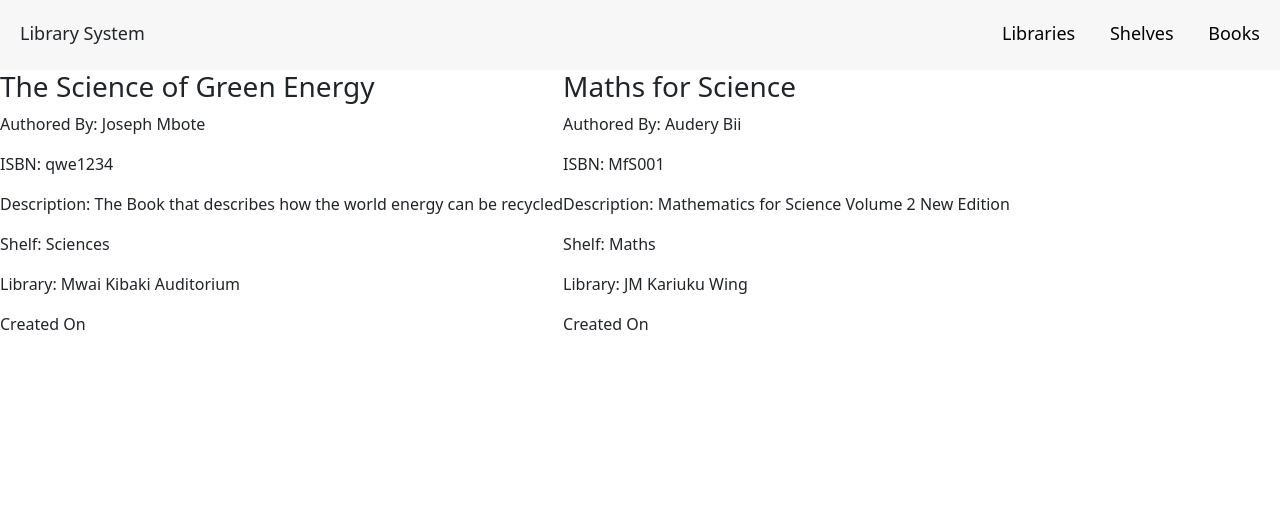
Repository: Mbote-Joseph/Library-Shelves-Books-Managements
Page: http://localhost/book
An editor plug-in stored every save of this project. The page is shown before and after the next save, followed by the edit.
The browser window is 1280 px wide. The pictures show the whole page.
The page is served by the project's application, run on Django 5.2 (manage.py). Other server files are loaded and not shown. The page reads the database file committed with the project.

Above is the page before, as saved 2025-12-30 19:40:45.

### books/templates/books/book_view.html
{% extends "base.html" %}

{% block title %}
    Books List
{% endblock %}


{% block content %}
    <div class="cards">
    {% for book in books %}
        <div class="book">
            <h3> {{book.title}} </h3>
            <p> Authored By:  {{book.author}} </p>
            <p> ISBN:  {{book.isbn}} </p>
            <p> Description:  {{book.description}} </p>
            <p> Shelf:  {{book.shelf.label}} </p>
            <p> Library: {{book.shelf.library.name}} </p>
            <p> Created On {{shelf.created_on}} </p>
        </div>
    {% endfor %}
    </div>
{% endblock %}

### static/templates/base.html
{% load static %}
<!doctype html>
<html lang="en">
  <head>
    <meta charset="utf-8">
    <meta name="viewport" content="width=device-width, initial-scale=1">
    <title>
        {% block title %}

        {% endblock %}
    </title>
    <link href="https://cdn.jsdelivr.net/npm/bootstrap@5.3.8/dist/css/bootstrap.min.css" rel="stylesheet" integrity="sha384-sRIl4kxILFvY47J16cr9ZwB07vP4J8+LH7qKQnuqkuIAvNWLzeN8tE5YBujZqJLB" crossorigin="anonymous">
    <link rel="stylesheet" type='text/css' href="{% static 'css/styles.css' %}">
  </head>
  <body>
    <nav class="nav">
      <span> Library System </span>
      <span>
        <ul>
          <a href="{% url 'libraries' %}"> Libraries </a>
          <a href="{% url 'shelves' %}"> Shelves </a>
          <a href="{% url 'books' %}"> Books </a>
        </ul>
      </span>

    </nav>

    {% block content %}

    {% endblock %}


    <script src="https://cdn.jsdelivr.net/npm/bootstrap@5.3.8/dist/js/bootstrap.bundle.min.js" integrity="sha384-FKyoEForCGlyvwx9Hj09JcYn3nv7wiPVlz7YYwJrWVcXK/BmnVDxM+D2scQbITxI" crossorigin="anonymous"></script>
  </body>
</html>

### books/models.py
from django.db import models

# Create your models here.
class Library(models.Model):
    name = models.CharField(max_length=50)
    students_capacity = models.IntegerField()
    location = models.CharField(max_length=100)
    created_on = models.DateTimeField(auto_now_add=True)

    def __str__(self):
        return f"{self.name} - {self.location}"

class Shelf(models.Model):
    label = models.CharField(max_length=50)
    books_capacity = models.CharField()
    library = models.ForeignKey(Library, on_delete=models.CASCADE)
    created_on = models.DateTimeField(auto_now_add=True)

    def __str__(self):
        return f"{self.label} On {self.library} Library"

class Book(models.Model):
    title = models.CharField(max_length=100)
    author = models.CharField(max_length=100)
    isbn = models.CharField(max_length=10)
    description = models.TextField()
    is_published = models.BooleanField(default=False)
    is_new = models.BooleanField(default=False)
    shelf = models.ForeignKey(Shelf, on_delete=models.CASCADE)

    def __str__(self):
        return f"{self.title} By {self.author}"

### books/views.py
from django.shortcuts import render
from django.views.generic import ListView, DetailView

from .models import Library, Shelf, Book

# Create your views here.
class LibraryListView(ListView):
    model = Library
    context_object_name = "libraries"
    queryset = Library.objects.all()
    template_name = 'books/library_view.html'

class ShelfListView(ListView):
    model = Shelf
    context_object_name = "shelves"
    queryset = Shelf.objects.all()
    template_name = 'books/shelf_view.html'


class BookListView(ListView):
    model = Book
    context_object_name = "books"
    queryset = Book.objects.all()
    template_name = 'books/book_view.html'

class LibraryDetailView(DetailView):
    model = Library
    context_object_name = 'library'
    template_name = "books/library_detailview.html"

### learn/urls.py
"""
URL configuration for learn project.

The `urlpatterns` list routes URLs to views. For more information please see:
    https://docs.djangoproject.com/en/6.0/topics/http/urls/
Examples:
Function views
    1. Add an import:  from my_app import views
    2. Add a URL to urlpatterns:  path('', views.home, name='home')
Class-based views
    1. Add an import:  from other_app.views import Home
    2. Add a URL to urlpatterns:  path('', Home.as_view(), name='home')
Including another URLconf
    1. Import the include() function: from django.urls import include, path
    2. Add a URL to urlpatterns:  path('blog/', include('blog.urls'))
"""
from django.contrib import admin
from django.urls import path, include

urlpatterns = [
    path('admin/', admin.site.urls),
    path('', include('books.urls'))
]

### books/urls.py
from django.urls import path

from books.views import BookListView, LibraryDetailView, LibraryListView, ShelfListView

urlpatterns = [
    path('', LibraryListView.as_view(), name = 'libraries'),
    path('shelf', ShelfListView.as_view(), name = 'shelves'),
    path('book', BookListView.as_view(), name="books"),
    path("library-details/<int:pk>", LibraryDetailView.as_view(), name="library.details")

]

### static/css/styles.css
/**
 * Copyright 2025 josephmbote
 *
 * Licensed under the Apache License, Version 2.0 (the "License");
 * you may not use this file except in compliance with the License.
 * You may obtain a copy of the License at
 *
 *     https://www.apache.org/licenses/LICENSE-2.0
 *
 * Unless required by applicable law or agreed to in writing, software
 * distributed under the License is distributed on an "AS IS" BASIS,
 * WITHOUT WARRANTIES OR CONDITIONS OF ANY KIND, either express or implied.
 * See the License for the specific language governing permissions and
 * limitations under the License.
 */

.nav{
    left: 0;
    top: 0;
    width: 100%;
    background-color: #f7f7f7;
    font-size: large;
    font-style: 'Times New Roman';
    height: 70px;
    padding: 20px;
    display: flex;
    justify-content: space-between;
}
.nav a{
    margin-left: 30px;
    text-decoration: none;
    color: black;
}

.library {
    width: 300px;
    /* min-width: 200px; */
    height: 200px;
    /* max-height: 400px; */
    background-color: #f7f7f7;
    box-shadow: 5px 0 5px 0 #ee6e73;
    border: none;
    margin: 20px;
    padding: 30px;
    border-radius: 20px;
}

.cards{
    display: flex;
}

.shelf {
    width: 300px;
    /* min-width: 200px; */
    height: 150px;
    /* max-height: 400px; */
    background-color: #f7f7f7;
    box-shadow: 5px 0 5px 0 #ee6e73;
    border: none;
    margin: 20px;
    padding: 30px;
    border-radius: 20px;
}

### db.sqlite3 (the tables this page reads, as SQL)
CREATE TABLE "books_book" ("id" integer NOT NULL PRIMARY KEY AUTOINCREMENT, "title" varchar(100) NOT NULL, "author" varchar(100) NOT NULL, "isbn" varchar(10) NOT NULL, "description" text NOT NULL, "is_published" bool NOT NULL, "is_new" bool NOT NULL, "shelf_id" bigint NOT NULL REFERENCES "books_shelf" ("id") DEFERRABLE INITIALLY DEFERRED);
INSERT INTO "books_book" VALUES
(1, 'The Science of Green Energy', 'Joseph Mbote', 'qwe1234', 'The Book that describes how the world energy can be recycled', 1, 0, 1),
(2, 'Maths for Science', 'Audery Bii', 'MfS001', 'Mathematics for Science Volume 2 New Edition', 0, 0, 2);

CREATE TABLE "books_library" ("id" integer NOT NULL PRIMARY KEY AUTOINCREMENT, "name" varchar(50) NOT NULL, "students_capacity" integer NOT NULL, "location" varchar(100) NOT NULL, "created_on" datetime NOT NULL);
INSERT INTO "books_library" VALUES
(1, 'Mwai Kibaki Auditorium', 100, 'Administration Block', '2025-12-29 22:41:55.696199'),
(2, 'Nelson Mandela Anex', 85, 'NSC', '2025-12-29 22:42:34.244470'),
(3, 'JM Kariuku Wing', 75, 'SCC Department', '2025-12-30 11:00:04.766333'),
(4, 'Joseph Mbote STEM Library', 56, 'Technology House', '2025-12-31 18:37:10.968556'),
(5, 'Computer Science Library', 50, 'SCC', '2025-12-31 18:39:11.248294'),
(6, 'Grade 1', 20, 'Nairobi Annex', '2025-12-31 18:41:43.779190');

CREATE TABLE "books_shelf" ("id" integer NOT NULL PRIMARY KEY AUTOINCREMENT, "label" varchar(50) NOT NULL, "books_capacity" varchar NOT NULL, "created_on" datetime NOT NULL, "library_id" bigint NOT NULL REFERENCES "books_library" ("id") DEFERRABLE INITIALLY DEFERRED);
INSERT INTO "books_shelf" VALUES
(1, 'Sciences', '1000', '2025-12-29 22:43:06.109364', 1),
(2, 'Maths', '500', '2025-12-30 11:05:21.466271', 3),
(3, 'Website for Emirati-heritage-artifact.rf.gd', '1000', '2025-12-31 18:53:06.133470', 1);

After the next save:
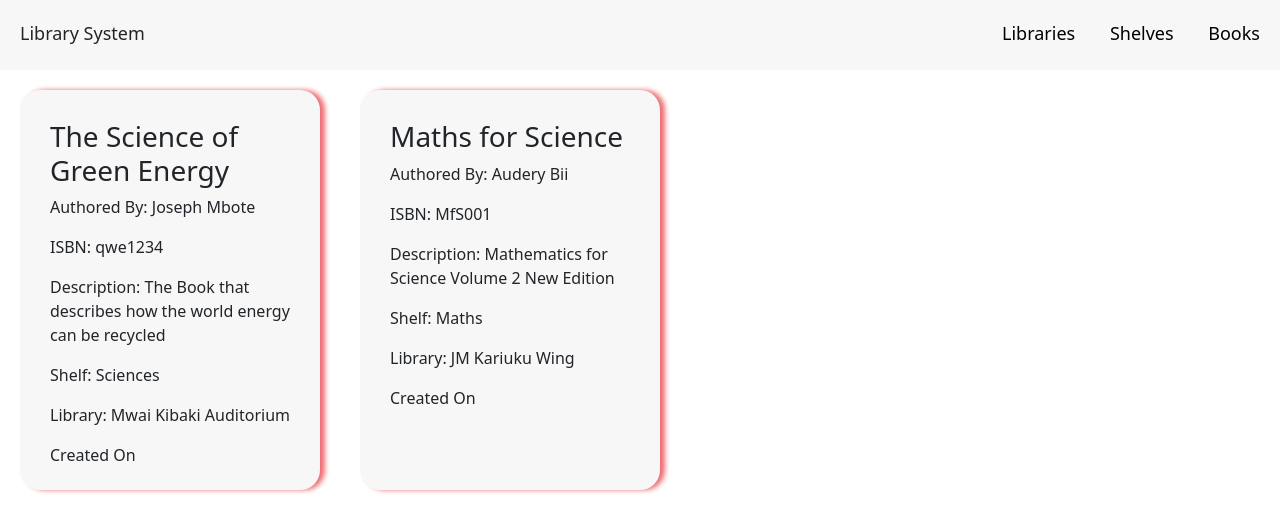
Saved 32 s later.
--- a/static/css/styles.css
+++ b/static/css/styles.css
@@ -61,3 +61,16 @@
     padding: 30px;
     border-radius: 20px;
 }
+
+.book {
+    width: 300px;
+    /* min-width: 200px; */
+    height: 400px;
+    /* max-height: 400px; */
+    background-color: #f7f7f7;
+    box-shadow: 5px 0 5px 0 #ee6e73;
+    border: none;
+    margin: 20px;
+    padding: 30px;
+    border-radius: 20px;
+}
